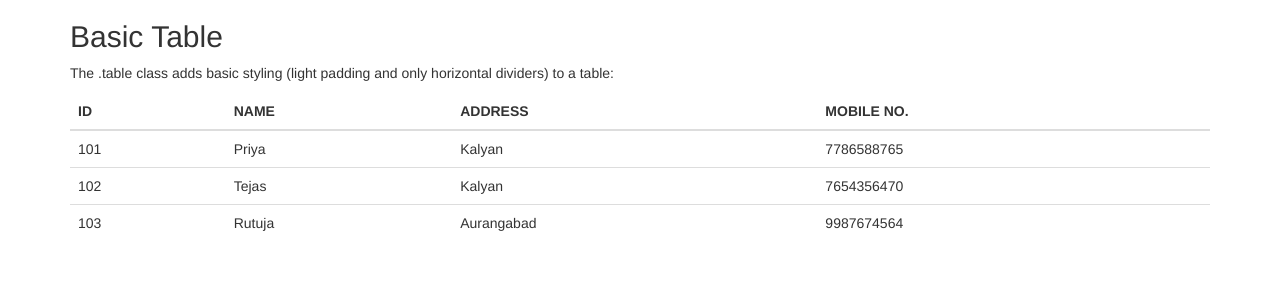
Repository: priyankateli27/priyanka
Page: SirAssignment/src/main/webapp/Entry_table.html
The author's editor kept a copy of each file at every save. The page is drawn from the files as they stood at one save, then again after the next save.
The browser window is 1280 px wide. The pictures show the whole page.

Above is the page before, as saved 2016-07-14 11:27:43.

After the next save:
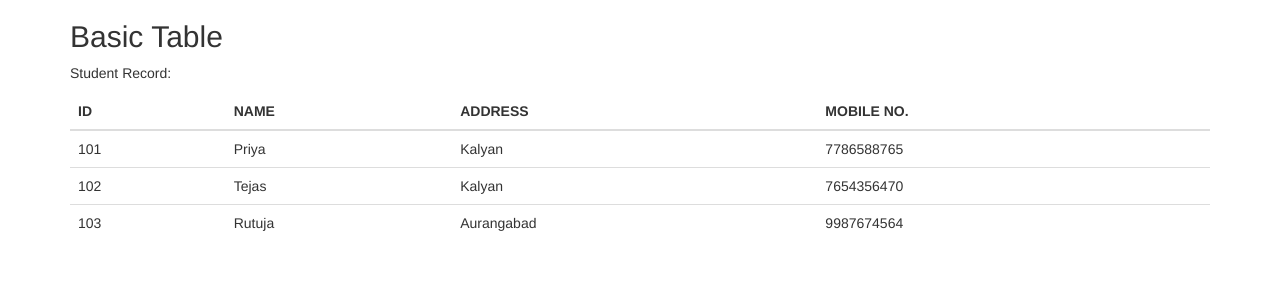
Saved 45 s later.
--- a/SirAssignment/src/main/webapp/Entry_table.html
+++ b/SirAssignment/src/main/webapp/Entry_table.html
@@ -12,7 +12,7 @@
 
 <div class="container">
   <h2>Basic Table</h2>
-  <p>The .table class adds basic styling (light padding and only horizontal dividers) to a table:</p>
+  <p>Student Record:</p>
   <table class="table">
     <thead>
       <tr>
